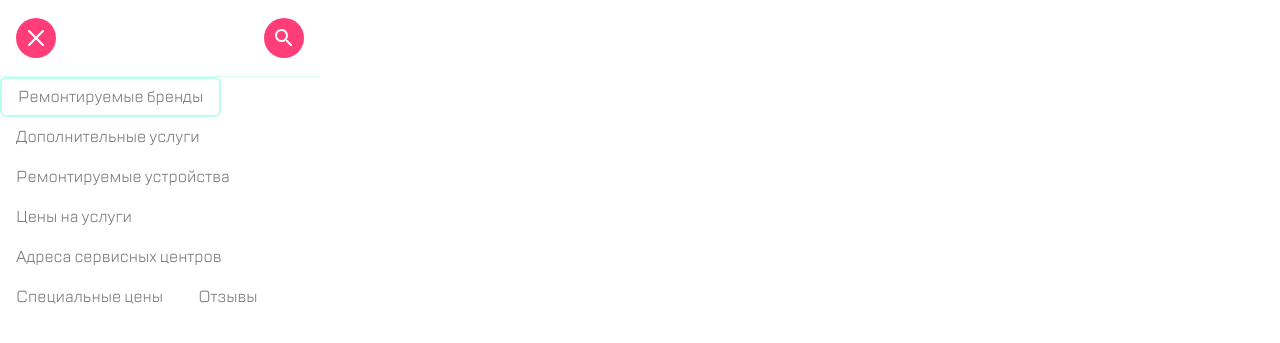
Repository: Dedoxa/Kata-WebCore-
Page: aside.html
These files come from the project's save history. The page is drawn as it stood at one moment and after the next save; the edit follows.
The browser window is 1280 px wide. The pictures show the whole page.

Above is the page before, as saved 2024-05-10 17:34:10.

After the next save:
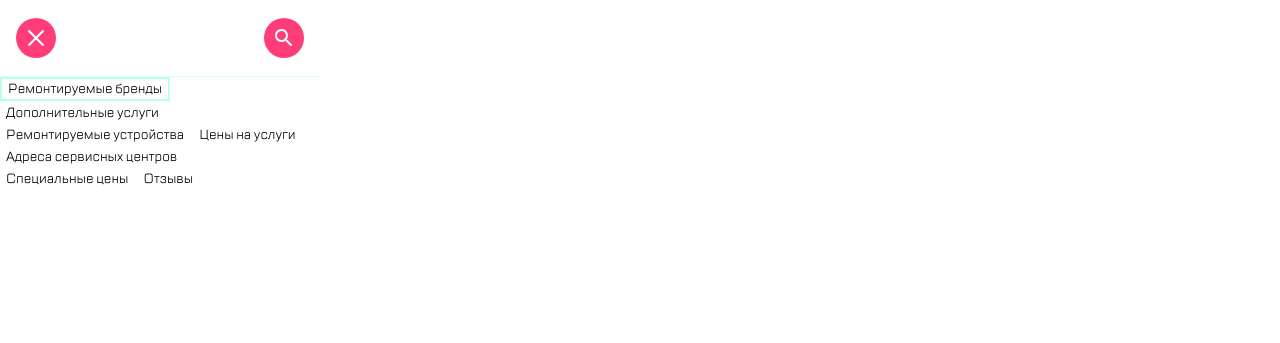
Saved 29 s later.
--- a/aside.css
+++ b/aside.css
@@ -140,14 +140,6 @@
   .bookmark-menu__bookmark {
     font-family: "TT Lakes Regular", Times, serif;
     vertical-align: middle;
-    padding-left: 1em;
-    padding-right: 1em;
-    height: 40px;
-    border-radius: 6px;
-    font-size: 16px;
-    color: #7e7e82;
-    border: none;
-    background-color: transparent;
   }
 
   .bookmark-menu__bookmark--focus {
